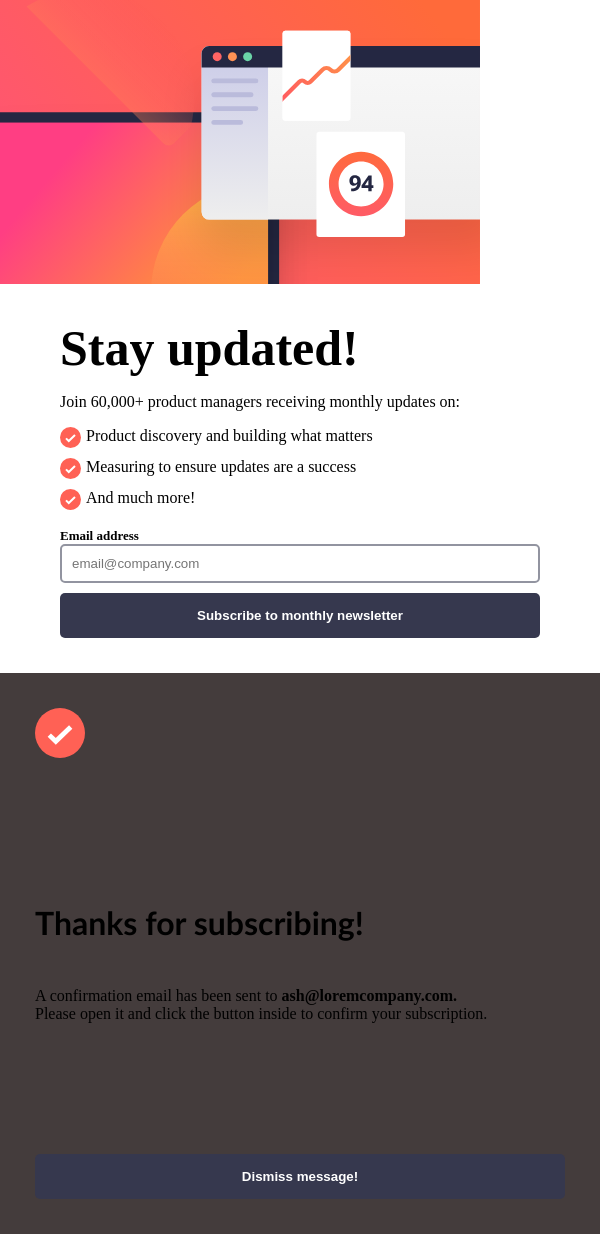
Repository: Celebration-cloud/Newsletter
Page: index.html
These files come from the project's save history. The page is drawn as it stood at one moment and after a run of saves; the edit follows.
The browser window is 600 px wide. The pictures show the whole page.

Above is the page before, as saved 2023-07-20 00:02:57.

### index.html
<!DOCTYPE html>
<html lang="en">
<head>
  <meta charset="UTF-8">
  <meta name="viewport" content="width=device-width, initial-scale=1.0"> <!-- displays site properly based on user's device -->

  <link rel="icon" type="image/png" sizes="32x32" href="./assets/images/favicon-32x32.png">
  <link rel="stylesheet" href="index.css">

  <title>Frontend Mentor | Newsletter sign-up form with success message</title>

  <!-- Feel free to remove these styles or customise in your own stylesheet 👍 -->
  <style>
    .attribution { font-size: 11px; text-align: center; }
    .attribution a { color: hsl(228, 45%, 44%); }
  </style>
</head>
<body>

  <!-- Sign-up form start -->
  <div id="container">
    <div id="home-page">
      <h2 id="news">Stay updated!</h2>
      <p id="content">Join 60,000+ product managers receiving monthly updates on:</p>
      <ul id="features">
        <li>
          <img id="list-icon" src="./assets/images/icon-list.svg" alt="" srcset="">
          <p>Product discovery and building what matters</p>
        </li>
        <li>
          <img id="list-icon" src="./assets/images/icon-list.svg" alt="" srcset="">
          <p>Measuring to ensure updates are a success</p>
        </li>
        <li>
          <img id="list-icon" src="./assets/images/icon-list.svg" alt="" srcset="">
          <p>And much more!</p>
        </li>
      </ul>
      <form action="email">
        <label for="email">Email address</label><br>
        <input type="email" name="email" required placeholder="email@company.com" id="email"><br>
        <button id="subscribe-btn" type="submit">Subscribe to monthly newsletter</button>
      </form>
    </div>
    <div id="sign-up"></div>
  </div>
  <script type="module" src="index.js"></script>


  <!-- Sign-up form end -->

  <!-- Success message start -->
  <div id="success">
    <img id="signed-icon" src="./assets/images/icon-list.svg" alt="" srcset="">
    <h2>Thanks for subscribing!</h2>
    <p>A confirmation email has been sent to <b>ash@loremcompany.com.</b> <br>
    Please open it and click the button inside to confirm your subscription.</p>
    <button type="reset" id="dismiss"><a href="index.html">Dismiss message!</a></button>
  </div>

<!--
  <div class="attribution">
    Challenge by <a href="https://www.frontendmentor.io?ref=challenge" target="_blank">Frontend Mentor</a>.
    Coded by <a href="#">Your Name Here</a>.
  </div> -->
</body>
</html>

### index.css
html, body{
    padding: 0;
    margin: 20px;
    box-sizing: border-box;
    background-color: hsl(234, 29%, 20%);
    -webkit-user-select: none;
    user-select: none;
    display: flex;
    justify-content: center;

}

#container{
    background-color: white;
    display: flex;
    flex-wrap: wrap;
    justify-content: space-between;
    padding: 15px;
    column-gap: 10px;
    margin: 0;
    border-radius: 15px;
}

#sign-up{
    background-image: url(./assets/images/illustration-sign-up-desktop.svg);
    background-repeat: no-repeat;
    background-size: cover;
    width: 305px;
    height: 450px;
}

#home-page{
    width: 50%;
    margin: auto;
}

ul{
    list-style-type: none;
    padding: 0;
    display: flex;
    flex-direction: column;
    gap: 10px;
}

li{
    display: flex;
    margin: 0;
    padding: 0;
}

li p {
    margin: 0;
    padding-left: 5px;
    align-self: flex-start;
}

#list-icon{
    padding: 0;
    margin: 0;
    align-self: flex-start;
}

#news{
    font-size: 312.5%;
    padding: 0;
    margin: 0;
}



label{
    font-size: 13px;
    font-weight: bolder;
}

input{
    width: 100%;
    padding: 10px;
    box-sizing: border-box;
    border-radius: 5px;
    margin-bottom: 10px;
    border: 2px solid hsl(231, 7%, 60%);
}

button{
    width: 100%;
    padding: 15px;
    box-sizing: border-box;
    border-radius: 5px;
    border: none;
    color: white;
    font-weight: bolder;
    background-color: hsl(235, 18%, 26%);
}

#success{
    background-color: rgb(68, 60, 60);
}

@media (max-width: 741px) {
    html, body{
        padding: 0;
        margin: 0;
        display: inline;
    }
    #container{
        background-color: white;
        display: flex;
        flex-wrap: wrap;
        flex-direction: column-reverse;
        margin: 0;
        padding: 0;
        border-radius: none;
        border-radius: 0;
    }
    #home-page{
        margin: auto;
        width: 80%;
        padding: 35px;
    }
    #sign-up{
        background-image: url(./assets/images/illustration-sign-up-mobile.svg);
        background-repeat: no-repeat;
        background-size: cover;
        width: 80%;
        height: 284px;
    }
    #success{
        margin: auto;
        width: 100%;
        padding: 35px;
        height: 561px;
        box-sizing: border-box;
        display: flex;
        flex-direction: column;
        justify-content: space-between;
    }
    #success img{
        width: 50px;
        margin-bottom: 30px;
    }
    #success h2{
        margin-top: -10px;
        font-weight: bolder;
        margin: 0;
        font-size: xx-large;
        font-family: 'Gill Sans', 'Gill Sans MT', Calibri, 'Trebuchet MS', sans-serif;
    }
    #success p{
        margin-top: -70px;
        font-weight: light;
    }
    #success button{

    }
    #success button a{
        text-decoration: none;
        color: white;
    }
}

### index.js
// import { initializeApp } from "https://www.gstatic.com/firebasejs/9.15.0/firebase-app.js"
// import { getDatabase, ref, push, onValue } from "https://www.gstatic.com/firebasejs/9.15.0/firebase-database.js"

// let appSettings = {
//     "databaseUrl": " https://playground-51efb-default-rtdb.europe-west1.firebasedatabase.app/ "
// }

// const app = initializeApp(appSettings)
// const database = getDatabase(app)
// const newsLetterDb = ref(database, "newsLetterDb")

const emailEL = document.getElementById("email")
const inputEL = document.getElementById("subscribe-btn")
const container = document.getElementById("container")
const dismiss = document.getElementById("dismiss")

function successful() {
    let successful = `
        <div id="success">
            <img id="signed-icon" src="./assets/images/icon-list.svg" alt="" srcset="">
            <h2>Thanks for subscribing!</h2>
            <p>A confirmation email has been sent to ash@loremcompany.com. <br>
            Please open it and click the button inside to confirm your subscription.</p>
            <button type="reset" id="dismiss">Dismiss message!</button>
        </div>
    `
    container.innerHTML = successful
    // dismiss()
}

inputEL.addEventListener("click", function() {
    // let inputValue = emailEL.value
    // inputEL = inputValue
    // push( newsLetterDb, inputEL)
    successful()
})

// function dismiss() {
//      let content = `

//      `

// }
// dismiss.addEventListener("click", function() {
//     dismiss()
// })

After the next 2 saves:
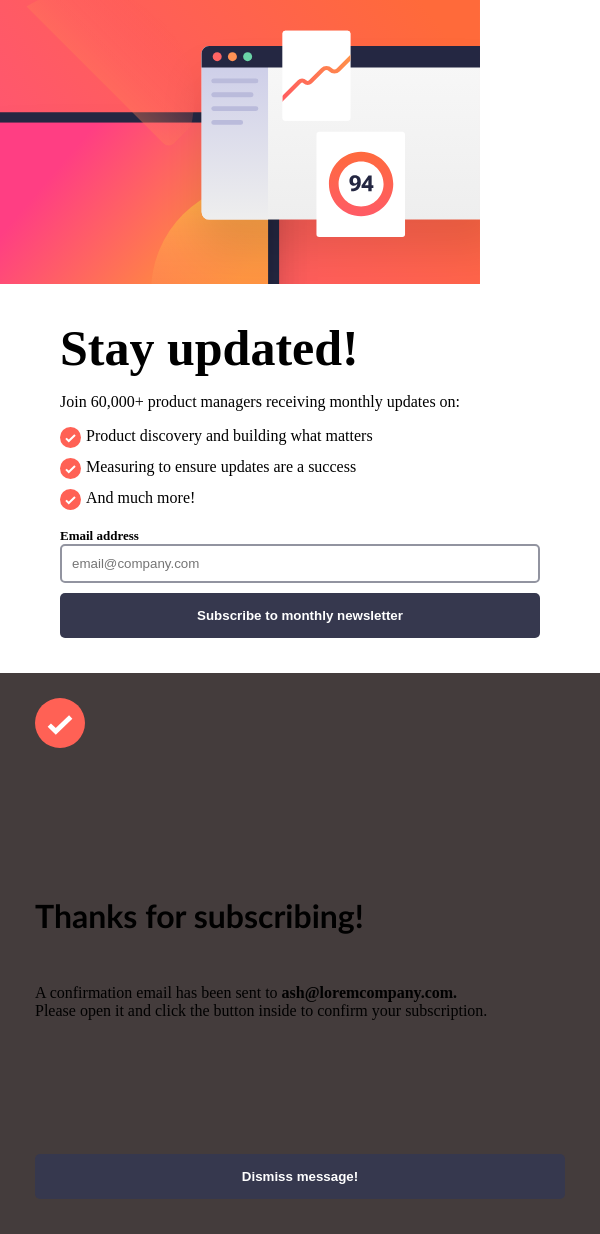
The 2 saves are shown as one change because they came seconds apart.
The last was saved 19 s later.
--- a/index.css
+++ b/index.css
@@ -138,6 +138,7 @@ button{
     #success img{
         width: 50px;
         margin-bottom: 30px;
+        margin-top: -10px;
     }
     #success h2{
         margin-top: -10px;
